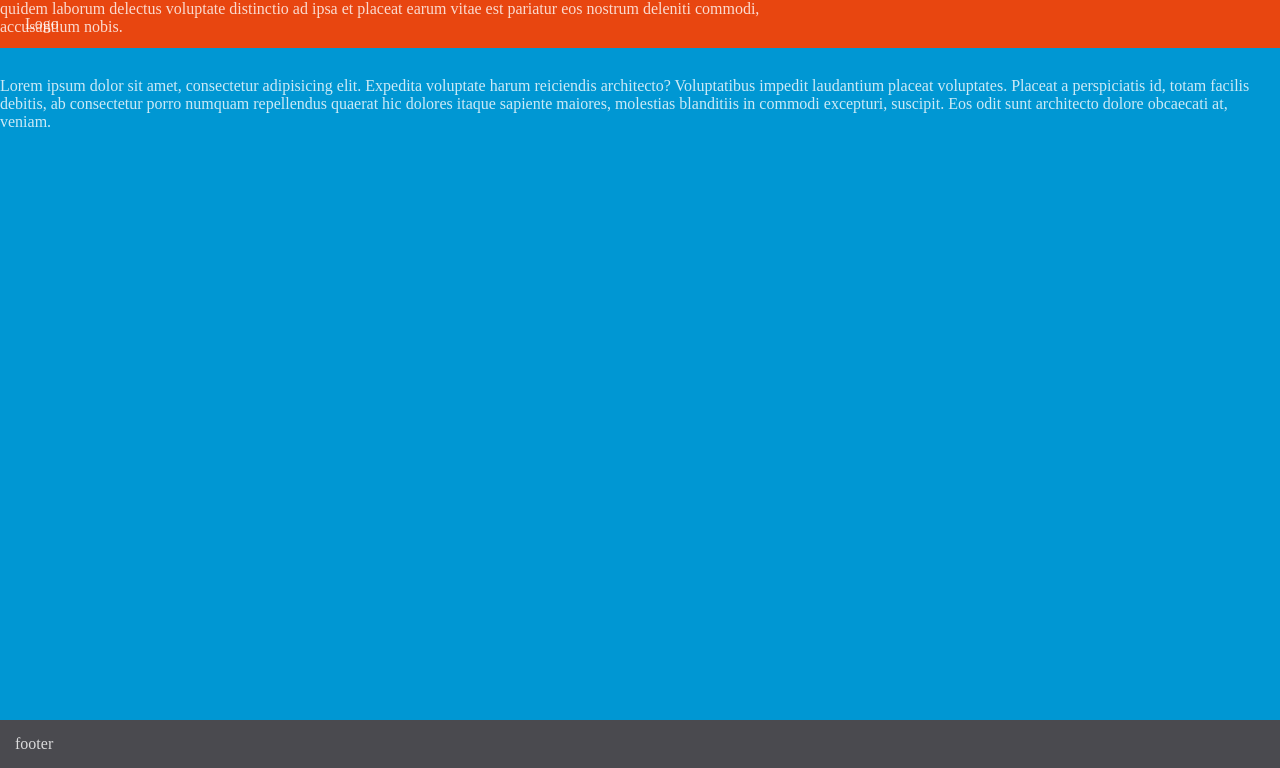
Repository: Matt-F90/mini-project
Page: index.html
The author's editor kept a record of every edit. The page is drawn from the files as they stood at one moment, then again after the next edit.
The browser window is 1280 px wide. The pictures show the whole page.

Above is the page before.

After the next edit:
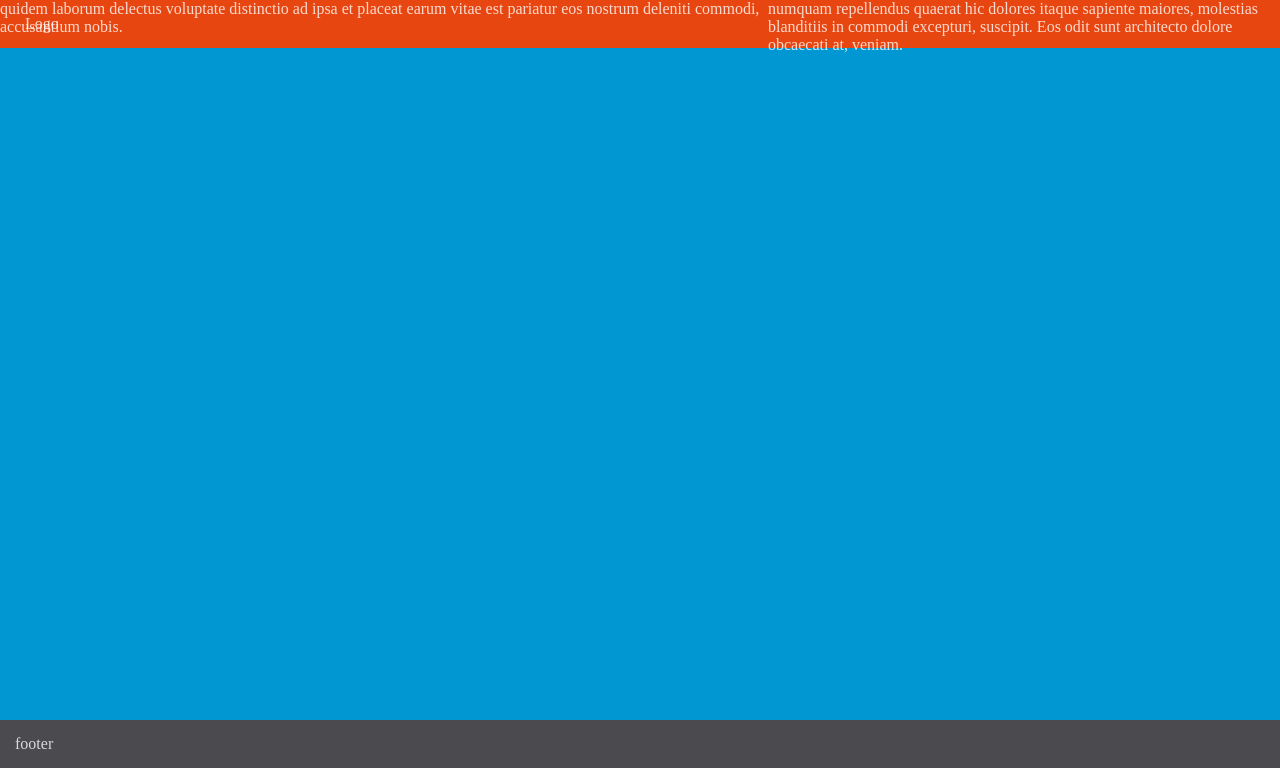
The edit:
--- a/main.css
+++ b/main.css
@@ -40,5 +40,7 @@
     .column-60 {
         width: 60%;
     }
-    .
+    .column-40 {
+        width: 40%;
+    }
 }
